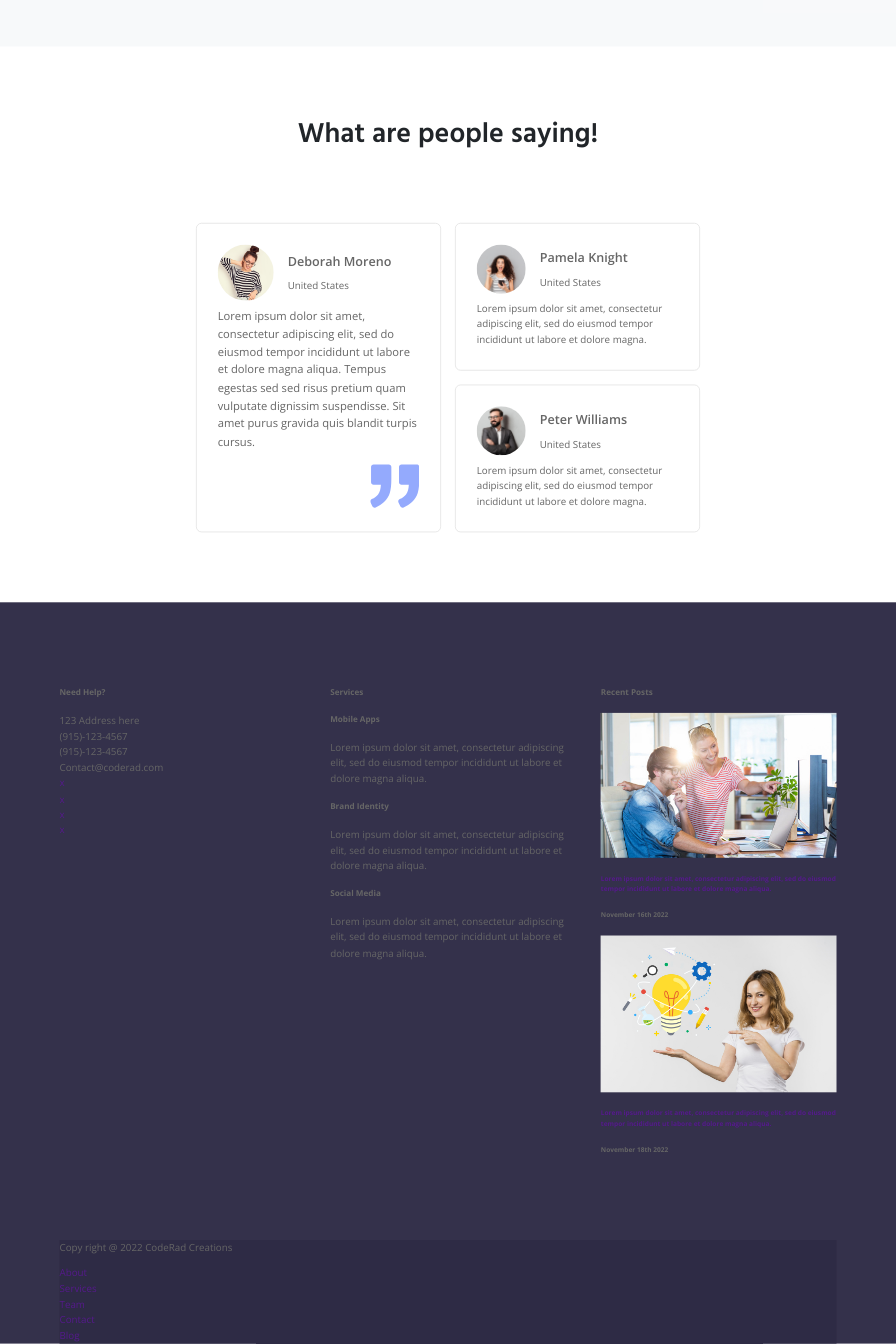
Repository: Sc-Juju/CodeRad
Page: index.html
An editor plug-in stored every save of this project. The page is shown before and after the next save, followed by the edit.
The browser window is 1280 px wide. The pictures show the part of the page from y = 3248 to 5168 px (the page is 5168 px tall before and 5165 px after), at 70% of full size.

Above is the page before, as saved 2022-11-16 10:12:02.

### index.html
<!DOCTYPE html>
<html>
	<head>
		<meta charset="utf-8" />
		<meta http-equiv="X-UA-Compatible" content="IE=edge" />
		<title>CodeRad</title>
		<meta name="description" content="" />
		<meta name="viewport" content="width=device-width, initial-scale=1" />

		<link
			href="https://fonts.googleapis.com/css2?family=Open+Sans:wght@300;400;600;700&display=swap"
			rel="stylesheet"
		/>
		<link
			href="https://fonts.googleapis.com/css2?family=Hind:wght@300;400;500;600;700&display=swap"
			rel="stylesheet"
		/>

		<link rel="stylesheet" href="./css/default.css" />
		<link rel="stylesheet" href="./css/styles.css" />
		<link rel="stylesheet" href="./css/responsive.css" />
	</head>
	<body>
		<nav class="navbar nav">
			<div class="container">
				<button
					class="navbar-toggler"
					aria-expanded="false"
					aria-controls="navbarDropdown"
				>
					<span>&#9776;</span>
				</button>
				<a class="navbar-brand" href="index.html">CodeRad</a>
				<ul class="navbar-nav">
					<li class="nav-link">
						<a href="#">Home</a>
					</li>

					<li class="nav-link">
						<a href="#">Blog</a>
					</li>
					<li class="nav-link">
						<a href="#">Portfolio</a>
					</li>
					<li class="nav-link">
						<a href="#">Contact</a>
					</li>
				</ul>
			</div>
		</nav>

		<header class="bg-header">
			<div class="container">
				<div class="hero-wrapper">
					<h2 class="hero-header">
						Young in our spirits and <br />
						modern look.
					</h2>
					<a class="btn btn-white" href="#">Learn more</a>
				</div>
			</div>
		</header>
		<!--Why me-->
		<section>
			<div class="container why-me-wrapper">
				<div class="block-text">
					<span>Why choose me</span>
					<h2>
						Meeting Your Needs <br />
						In Website Building
					</h2>
					<p>
						Lorem ipsum dolor sit amet, consectetur adipiscing elit,
						sed do eiusmod tempor incididunt ut labore et dolore
						magna aliqua.
					</p>
					<a href="" class="btn btn-primary">Learn More</a>
				</div>
				<div>
					<img src="./CodeRad-assets/image2.svg" alt="Icon Chart" />
				</div>
			</div>
		</section>
		<!--Services-->
		<section class="bg-contrast">
			<div class="container service-grid">
				<div class="service-card">
					<span class="bg-color-1"></span>
					<div>
						<h3>Branding</h3>
						<p>
							Lorem ipsum dolor sit amet, consectetur adipiscing
							elit, sed do eiusmod tempor incididunt ut labore et
							dolore magna aliqua. Ut morbi tincidunt augue
							interdum velit euismod in pellentesque. Congue
							mauris rhoncus aenean vel.
						</p>
					</div>
				</div>
				<div class="service-card">
					<span class="bg-color-2"></span>
					<div>
						<h3>Design & UX</h3>
						<p>
							Lorem ipsum dolor sit amet, consectetur adipiscing
							elit, sed do eiusmod tempor incididunt ut labore et
							dolore magna aliqua. Ut morbi tincidunt augue
							interdum velit euismod in pellentesque. Congue
							mauris rhoncus aenean vel.
						</p>
					</div>
				</div>
				<div class="service-card">
					<span class="bg-color-3"></span>
					<div>
						<h3>Development</h3>
						<p>
							Lorem ipsum dolor sit amet, consectetur adipiscing
							elit, sed do eiusmod tempor incididunt ut labore et
							dolore magna aliqua. Ut morbi tincidunt augue
							interdum velit euismod in pellentesque. Congue
							mauris rhoncus aenean vel.
						</p>
					</div>
				</div>
				<div class="service-card">
					<span class="bg-color-4"></span>
					<div>
						<h3>User analysis</h3>
						<p>
							Lorem ipsum dolor sit amet, consectetur adipiscing
							elit, sed do eiusmod tempor incididunt ut labore et
							dolore magna aliqua. Ut morbi tincidunt augue
							interdum velit euismod in pellentesque. Congue
							mauris rhoncus aenean vel.
						</p>
					</div>
				</div>
				<div class="service-card">
					<span class="bg-color-5"></span>
					<div>
						<h3>UX Research</h3>
						<p>
							Lorem ipsum dolor sit amet, consectetur adipiscing
							elit, sed do eiusmod tempor incididunt ut labore et
							dolore magna aliqua. Ut morbi tincidunt augue
							interdum velit euismod in pellentesque. Congue
							mauris rhoncus aenean vel.
						</p>
					</div>
				</div>
				<div class="service-card">
					<span class="bg-color-6"></span>
					<div>
						<h3>SEO Service</h3>
						<p>
							Lorem ipsum dolor sit amet, consectetur adipiscing
							elit, sed do eiusmod tempor incididunt ut labore et
							dolore magna aliqua. Ut morbi tincidunt augue
							interdum velit euismod in pellentesque. Congue
							mauris rhoncus aenean vel.
						</p>
					</div>
				</div>
			</div>
		</section>

		<!--Video Demo-->
		<section class="video-demo">
			<div class="container">
				<div class="block-text">
					<h2>Telling Our Story</h2>
					<p>
						Lorem ipsum dolor sit amet, consectetur adipiscing elit,
						sed do eiusmod tempor <br />
						incididunt ut labore et dolore magna aliqua.
					</p>
				</div>
				<div class="video-box">
					<a href="#" class="video-btn">
						<img
							src="./CodeRad-assets/play.svg"
							alt="Play Video Button"
						/>
					</a>
					<img
						src="./CodeRad-assets/demo-video-thumbnail.jpg"
						alt="Video thumbnail"
					/>
				</div>
			</div>
		</section>

		<!--Pricing plans-->
		<section class="bg-contrast">
			<div class="block-text pricing-header">
				<h2>Choose The Right Package For You!</h2>
				<p>
					Lorem ipsum dolor sit amet, consectetur adipiscing elit, sed
					do eiusmod tempor <br />
					incididunt ut labore et dolore magna aliqua.
				</p>
			</div>
			<div class="pricing-table">
				<div class="price-card">
					<h3>Basic</h3>
					<div class="price">$99.90</div>
					<div class="billed">per month</div>
					<hr />
					<ul>
						<li>
							<span class="title">Community Support</span>
							<span class="icon">&#10003;</span>
						</li>
						<li>
							<span class="title">Flexible simple license</span>
							<span class="icon">&#10003;</span>
						</li>
						<li>
							<span class="title">100+ styled components</span>
							<span class="icon">&#10761;</span>
						</li>
						<li>
							<span class="title">100+ Header variations</span>
							<span class="icon">&#10761;</span>
						</li>
						<li>
							<span class="title">Speedy build tooling</span>
							<span class="icon">&#10761;</span>
						</li>
					</ul>
				</div>

				<div class="price-card featured">
					<h3>Standard</h3>
					<div class="price">$199.90</div>
					<div class="billed">per month</div>
					<hr />
					<ul>
						<li>
							<span class="title">Community Support</span>
							<span class="icon checked">&#10003;</span>
						</li>
						<li>
							<span class="title">Flexible simple license</span>
							<span class="icon checked">&#10003;</span>
						</li>
						<li>
							<span class="title">100+ styled components</span>
							<span class="icon checked">&#10003;</span>
						</li>
						<li>
							<span class="title">100+ Header variations</span>
							<span class="icon times">&#10761;</span>
						</li>
						<li>
							<span class="title">Speedy build tooling</span>
							<span class="icon times">&#10761;</span>
						</li>
						<div class="plan-btn-wrapper">
							<a href="" class="btn btn-primary">Learn More</a>
						</div>
					</ul>
				</div>

				<div class="price-card">
					<h3>Enterprise</h3>
					<div class="price">$499.90</div>
					<div class="billed">per month</div>
					<hr />
					<ul>
						<li>
							<span class="title">Community Support</span>
							<span class="icon">&#10003;</span>
						</li>
						<li>
							<span class="title">Flexible simple license</span>
							<span class="icon">&#10003;</span>
						</li>
						<li>
							<span class="title">100+ styled components</span>
							<span class="icon">&#10003;</span>
						</li>
						<li>
							<span class="title">100+ Header variations</span>
							<span class="icon">&#10003;</span>
						</li>
						<li>
							<span class="title">Speedy build tooling</span>
							<span class="icon">&#10003;</span>
						</li>
					</ul>
				</div>
			</div>
		</section>

		<!--Testimonials-->
		<section class="testimonials">
			<div class="block-text">
				<h2>What are people saying!</h2>
			</div>
			<div class="testimonial-grid">
				<div class="testimonial-card lg">
					<div class="top">
						<img
							src="./CodeRad-assets/1.png"
							alt=""
							class="profile"
						/>
						<div class="top-info">
							<h4>Deborah Moreno</h4>
							<span>United States</span>
						</div>
					</div>
					<div class="bottom">
						<p>
							Lorem ipsum dolor sit amet, consectetur adipiscing
							elit, sed do eiusmod tempor incididunt ut labore et
							dolore magna aliqua. Tempus egestas sed sed risus
							pretium quam vulputate dignissim suspendisse. Sit
							amet purus gravida quis blandit turpis cursus.
						</p>
						<span>
							<img
								src="./CodeRad-assets/quote-colored.svg"
								alt="quote"
								class="quote"
							/>
						</span>
					</div>
				</div>

				<div class="testimonial-card md">
					<div class="top">
						<img
							src="./CodeRad-assets/2.png"
							alt=""
							class="profile"
						/>
						<div class="top-info">
							<h4>Pamela Knight</h4>
							<span>United States</span>
						</div>
					</div>
					<div class="bottom">
						<p>
							Lorem ipsum dolor sit amet, consectetur adipiscing
							elit, sed do eiusmod tempor incididunt ut labore et
							dolore magna.
						</p>
					</div>
				</div>

				<div class="testimonial-card md">
					<div class="top">
						<img
							src="./CodeRad-assets/3.png"
							alt=""
							class="profile"
						/>
						<div class="top-info">
							<h4>Peter Williams</h4>
							<span>United States</span>
						</div>
					</div>
					<div class="bottom">
						<p>
							Lorem ipsum dolor sit amet, consectetur adipiscing
							elit, sed do eiusmod tempor incididunt ut labore et
							dolore magna.
						</p>
					</div>
				</div>
			</div>
		</section>
		<!--Footer-->
		<footer class="bg-footer">
			<div class="container">
				<section class="footer-top">
					<div class="footer-col">
						<h5>Need Help?</h5>
						<div class="contact-info">
							<ul>
								<li>123 Address here</li>
								<li>(915)-123-4567</li>
								<li>(915)-123-4567</li>
								<li>Contact@coderad.com</li>
							</ul>
						</div>
						<div class="social-icons">
							<ul>
								<li><a href="">x</a></li>
								<li><a href="">x</a></li>
								<li><a href="">x</a></li>
								<li><a href="">x</a></li>
							</ul>
						</div>
					</div>
					<div class="footer-col">
						<h5>Services</h5>
						<div class="seervices-wrapper">
							<h5>Mobile Apps</h5>
							<p>
								Lorem ipsum dolor sit amet, consectetur
								adipiscing elit, sed do eiusmod tempor
								incididunt ut labore et dolore magna aliqua.
							</p>
						</div>
						<div class="seervices-wrapper">
							<h5>Brand Identity</h5>
							<p>
								Lorem ipsum dolor sit amet, consectetur
								adipiscing elit, sed do eiusmod tempor
								incididunt ut labore et dolore magna aliqua.
							</p>
						</div>
						<div class="seervices-wrapper">
							<h5>Social Media</h5>
							<p>
								Lorem ipsum dolor sit amet, consectetur
								adipiscing elit, sed do eiusmod tempor
								incididunt ut labore et dolore magna aliqua.
							</p>
						</div>
					</div>
					<div class="footer-col">
						<h5>Recent Posts</h5>
						<div class="recent-posts">
							<img src="./CodeRad-assets/blog1.jpg" alt="blog1" />
							<div class="post-inner">
								<h6>
									<a href=""
										>Lorem ipsum dolor sit amet, consectetur
										adipiscing elit, sed do eiusmod tempor
										incididunt ut labore et dolore magna
										aliqua.</a
									>
								</h6>
								<h6>November 16th 2022</h6>
							</div>
						</div>
						<div class="recent-posts">
							<img src="./CodeRad-assets/blog2.jpg" alt="blog2" />
							<div class="post-inner">
								<h6>
									<a href=""
										>Lorem ipsum dolor sit amet, consectetur
										adipiscing elit, sed do eiusmod tempor
										incididunt ut labore et dolore magna
										aliqua.</a
									>
								</h6>
								<h6>November 18th 2022</h6>
							</div>
						</div>
					</div>
				</section>
				<section class="footer-bottom">
					<div class="footer-bottom-wrapper">
						<div class="copyright">
							<p>Copy right @ 2022 CodeRad Creations</p>
						</div>
						<div class="footer-bottom-links">
							<ul>
								<li><a href="">About</a></li>
								<li><a href="">Services</a></li>
								<li><a href="">Team</a></li>
								<li><a href="">Contact</a></li>
								<li><a href="">Blog</a></li>
							</ul>
						</div>
					</div>
				</section>
			</div>
		</footer>
	</body>
</html>

### css/default.css
:root{
    --white:#fff;
    --black: #000;
    --font-color-base:#666;
    --font-color-dark:#212529;
    --font-color-light:#b0aebe;
    --font-color-link:#57a6ff;
    --footer:#34314b;
    --footer-base:#2e2b45;
    --contrast:rgba(246, 248, 249, 0.8);
    --success: #64ecf5;
    --danger:#ff8b8d;
    --grad-1:#a1ecff;
    --grad-2:#7dbcff;


    --size-10:0.625rem;
    --size-14:0.875rem;
    --size-16:1rem;
    --size-18:1.125rem;
    --size-20:1.25rem;
    --size-30:1.875rem;
    --size-40:2.5rem;
    --size-50:3.125rem;
    --size-100:6.25rem;
    --size-150:9.375rem;
}
body{
    font-family:"Open Sans", sans-serif;
    font-weight: 400;
    font-size:0.875rem;
    line-height: 1.6;
    letter-spacing: 0;
    color: var(--font-color-base);
    margin:0;
    padding:0;
}
*,
::after,
::before{
    box-sizing: border-box;
}
ul{
    padding:0;
    margin:0;
    list-style: none;
}
a {text-decoration: none;}
p {margin-top:0;}
h2{
    font-size:1.75rem;
    font-weight:500;
    line-height:1.2;
}
img {
    width:100%;
    max-width:100%;
    vertical-align:middle;
    border-style: none;
}
.container{
    width: 100%;
    padding-left:15px;
    padding-right:15px;
    margin-right:auto;
    margin-left:auto;
}

.btn{
    display: inline-block;
    font-weight: 400;
    color: var(--font-color-dark);
    text-align: center;
    cursor: pointer;
    user-select: none;
    background-color: transparent;
    border: 1px solid transparent;
    padding: .375rem .75rem;
    border-radius:1.25rem;
    transition: ease-in-out .3s;
}
.btn-primary{
    background-image: linear-gradient(90deg, var(--grad-1)0%, var(--grad-2)100%);
    border: 1px var(--grad-1);
    box-shadow: 0 10px 20px rgba(161, 236, 255, .5);
    transition: ease-in-out .3s;
    color: var(--white);
    padding: .4375rem 1.5625rem;
}

.btn-white{
    background-color: var(--white);
    color: var(--font-color-link);
    box-shadow: 0px 10px 20px rgba(255, 255, 255, .35);
    padding: .475rem 1.75rem;
}

@media (min-width:1200px){
    .container{ max-width: 1140px; }
}
@media (min-width:768px){
    .pricing-table,
    .testimonial-grid{max-width:720px;}
}

### css/styles.css
.navbar{
    position: fixed;
    top: 0;
    right: 0;
    left: 0;
    z-index: 200;
    transition: ease-in-out .3s;
}
[aria-controls="navbarDropdown"]{
    display:none;
}
.navbar-nav{
    display: flex;
    align-items: center;
}
.navbar .container{
    display: flex;
    align-items: center;
}
.navbar-brand{
    margin-right:auto;
    font-size: 2rem;
    font-weight: 700;
    width: 100%;
    transition: ease-in-out .3s;
    color: var(--white);

}
.bg-header,
.video-demo{
    background-color: var(--footer);
    background-repeat: no-repeat;
    background-size: cover;
    background-position:50% 20%;
    position: relative;
    z-index: 1;
    padding: 4.6875rem 0;
}
.bg-header{background-image: url(../CodeRad-assets/bg-header-1.jpg);}
.video-demo{background-image: url(../CodeRad-assets/bg-demo.jpg);}
.bg-header::before{
    background-image: linear-gradient(30deg,
    rgba(21,27,38, .8)0%,
    rgba(0,0,0,.2)100%);
    position: absolute;
    content:"";
    top: 0;
    left: 0;
    right: 0;
    bottom: 0;
    width: 100%;
    height: 100%;
    z-index: -1;
}
.nav-link a{
    color: var(--white);
    font-size: .8125rem;
    font-weight: 600;
    font-family: "Hind", sans-serif;
    text-transform: uppercase;
    margin-right: 2.5rem;
    line-height: 1.25rem;
}
.hero-header{
    color: var(--white);
}
.why-me-wrapper{
    display: flex;
    align-items: center;
}
.why-me-wrapper div{
    flex: 1;
}
.block-text{
    padding-right: var(--size-50);
}
.block-text span{
    color: var(--font-color-dark);
    font-weight: 300;
}
.block-text h2{
    font-size: var(--size-40);
    font-family: "Hind", sans-serif;
    font-weight: 600;
    color: var(--font-color-dark);
    margin-bottom: var(--size-20);
    line-height: 1.3;
    margin-top: 0.5rem;
}
.bg-contrast{
    background-color: var(--contrast);
    padding: var(--size-150) 0;
    margin: 0 auto;
}
.service-grid{
    display: grid;
    grid-template-columns: repeat(auto-fit,minmax(300px, 1fr));
    gap: var(--size-20);
}
.service-card{
    padding: var(--size-30);
    box-shadow: 0 0 10px rgba(48, 63, 100, .15);
    background: white;
    border-radius: 8px;
}
.service-card span{
    width:4.375rem;
    height: 4.375rem;
    background: green;
    display: block;
    float: left;
    margin-right: 15px;
    border-radius: 50%;
    background: var(--font-color-light);
}
span.bg-color-1 {background-image: linear-gradient(90deg, #9ccdf3 0%, #94aafd 100%);}
span.bg-color-2 {background-image: linear-gradient(90deg, #55edc0 0%, #4bdbdb 100%);}
span.bg-color-3 {background-image: linear-gradient(90deg, #fda498 0%, #f58b9e 100%);}
span.bg-color-4 {background-image: linear-gradient(90deg, #f2a7ca 0%, #c289f4 100%);}
span.bg-color-5 {background-image: linear-gradient(90deg, #ffc187 0%, #fe93a7 100%);}
span.bg-color-6 {background-image: linear-gradient(90deg, #a1ecff 0%, #7dbcff 100%);}

.video-demo{text-align: center;}
.video-demo .block-text{padding-right: 0;}

.video-demo .block-text h2,
.video-demo .block-text p{
    color: var(--white);
}

.video-btn{
    position: absolute;
    top: 50%;
    left: 50%;
    transform: translate(-50%, -50%);
    box-shadow: 0 10px 20px rgba(57, 166, 251, .3);
}
.video-btn img{
    height: var(--size-100);
    width: var(--size-100);
}
.video-box{
    position: relative;
    margin-bottom: -9.375rem;
    z-index: 100;
}
.video-box > img{
    max-width: 600px;
    border-radius: 8px;
}
.block-text.pricing-header{
    text-align: center;
    padding-right: 0;
    margin: var(--size-100) 0;
}
.pricing-table{
    display: grid;
    grid-template-columns: repeat(auto-fit, minmax(215px, 1fr));
    gap: var(--size-18);
    margin: auto;
    align-items: flex-start;
}
.price-card{
    background-color:var(--white);
    border-radius: 8px;
    padding: var(--size-16);
}
.price-card .checked{color: var(--success);}
.price-card .times{color: var(--danger);}

.price-card.featured{
    box-shadow: 0 10px 20px rgba(82,179,255,.2);
    margin-top: -1rem;
}
.price-card h3{
    margin-top: var(--size-40);
    font-size: var(--size-18);
    color: var(--font-color-dark);
    font-weight: 600;
}
.plan-card hr{margin: 2rem 0 1rem;}
.price{
    color: var(--font-color-link);
    font-size: var(--size-30);
    font-weight: 600;
}
.price-card h3,
.price-card .price,
.price-card .billed{text-align: center;}

.price-card li{margin-bottom: var(--size-20);}
.price-card .icon{
    float: right;
    font-weight:600;
}
.plan-btn-wrapper{text-align: center;}

.testimonials{ margin: var(--size-100) 0;}

.testimonial-grid{
    display: grid;
    grid-template-columns: repeat(auto-fit, minmax(300px, 1fr));
    grid-template-rows: 1fr 1fr;
    gap: var(--size-20);
    margin: 0 auto;
}

.testimonials .block-text{
    padding-right: 0;
    text-align: center;
    margin: var(--size-100) 0;
}

.testimonial-card{
    border: 1px solid #dedede;
    border-radius: 8px;
    padding: var(--size-30);
}

.testimonial-card.lg{
    grid-row: 1 / 3;
    grid-column: 1 / 2;
}

.testimonial-card.lg .quote{
    width: 4.375rem;
    float: right;
    margin-top: var(--size-16);
}

.testimonial-card.md .bottom p{ font-size: var(--size-14);}

.testimonial-card .top{
    display:flex;
    align-items: center;
    padding-bottom: var(--size-10);
}

.testimonial-card img.profile{
    width: 4.375rem;
    border-radius: 50%;
    margin-right: var(--size-20);
}

.testimonial-card.lg img.profile{ width: 5rem;}

.top h4{
    margin-top: 0;
    margin-bottom: var(--size-10);
    font-weight: 600;
    font-size: var(--size-18);
}

.bottom p{
    margin: 0;
    font-size: var(--size-16);
    line-height: 1.6;
}

footer.bg-footer{ background-color: var(--footer);}
footer .footer-bottom{ background-color: var(--footer-base);}

footer .footer-top {
    display: grid;
    grid-template-columns: repeat( auto-fit, minmax(250px, 1fr));
    gap: var(--size-50);
    padding: var(--size-100) 0;
}

Loaded but not shown: css/responsive.css (no copy from this time; the picture is the same without it)

After the next save:
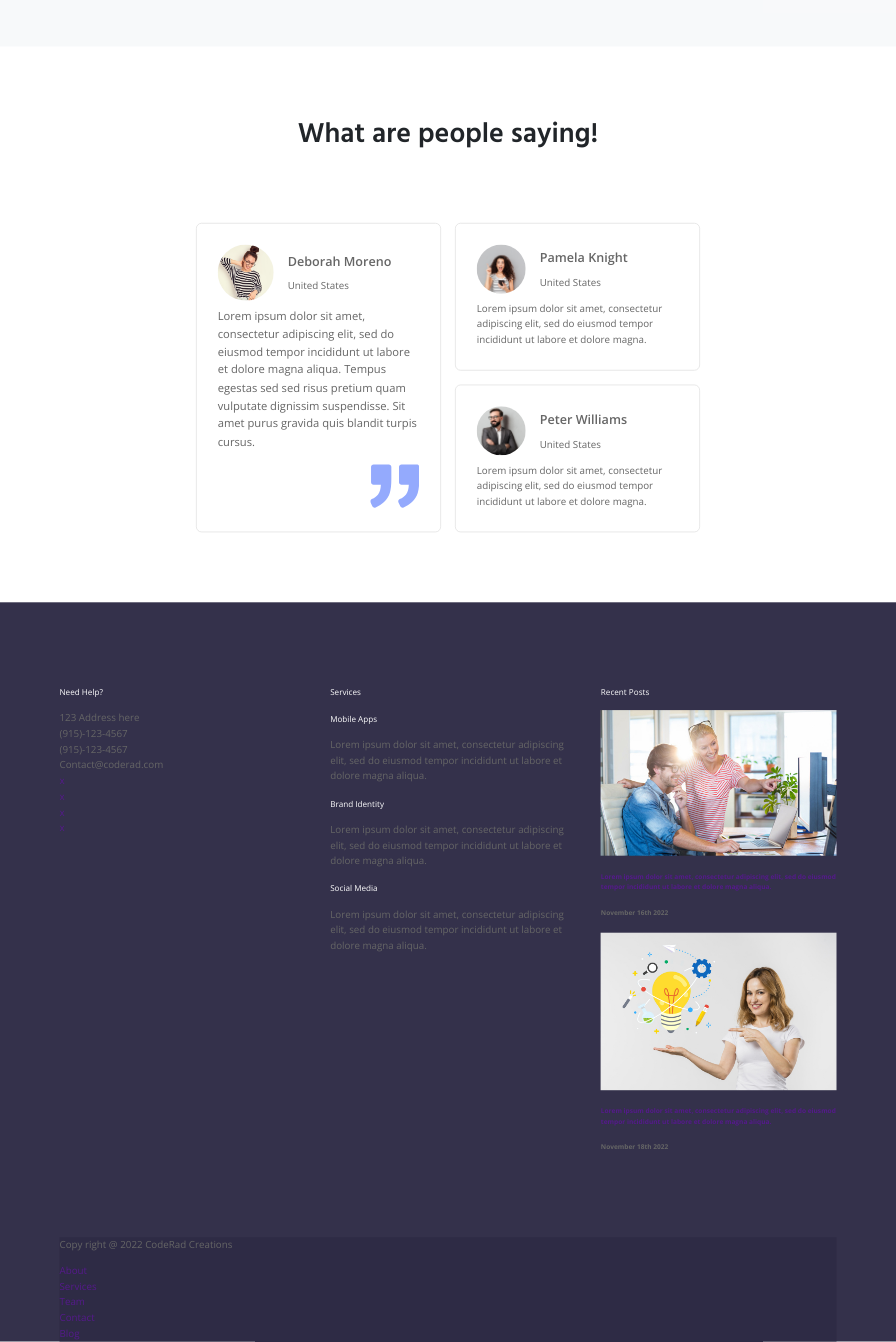
Saved 89 s later.
--- a/css/styles.css
+++ b/css/styles.css
@@ -266,3 +266,8 @@ footer .footer-top {
     gap: var(--size-50);
     padding: var(--size-100) 0;
 }
+.footer-top h5{
+    color: var(--white);
+    font-weight: 500;
+    margin-bottom: var(--size-16);
+}
